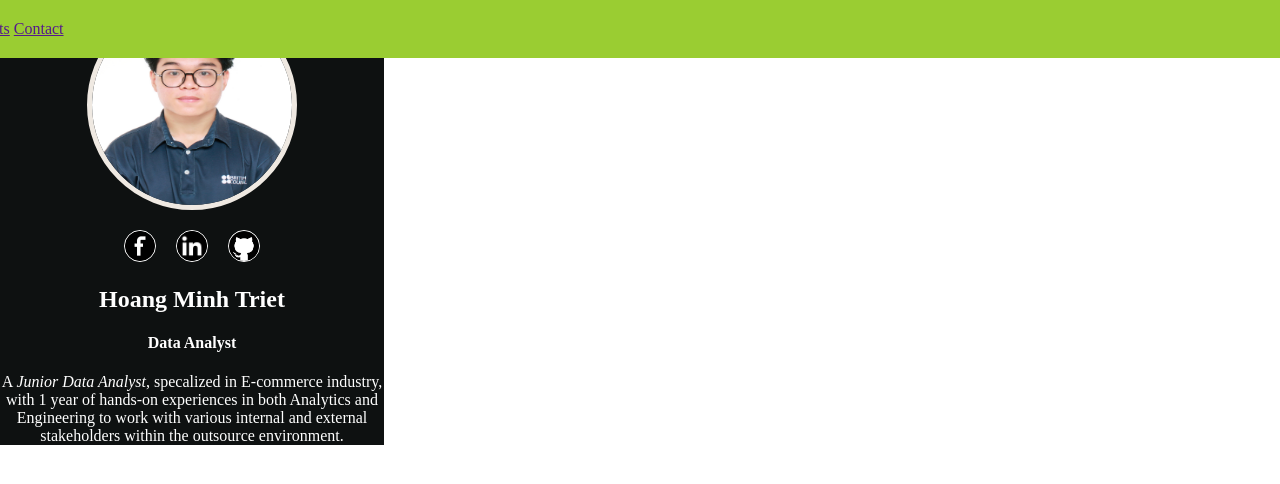
Repository: MinnTrit/personal_website
Page: http://localhost/
The author's editor kept a copy of each file at every save. The page is drawn from the files as they stood at one save, then again after the next save.
The browser window is 1280 px wide. The pictures show the whole page.
The page is served by the project's application, run on Flask 3 (app.py).

Above is the page before, as saved 2025-01-29 11:47:59.

After the next save:
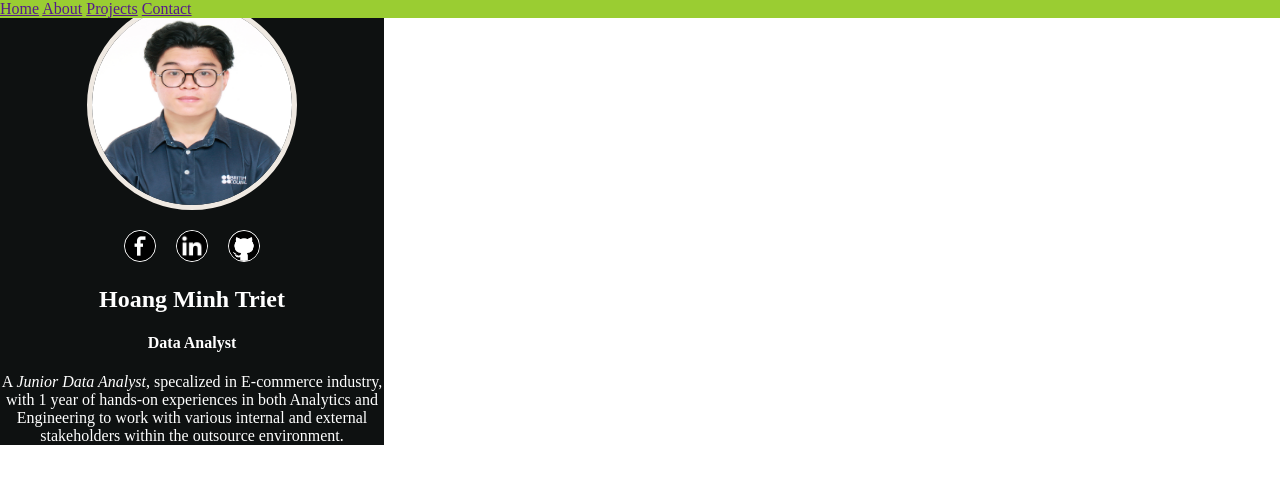
Saved 8 s later.
--- a/static/css/styles.css
+++ b/static/css/styles.css
@@ -3,7 +3,6 @@ header {
     top: 0;
     right: 0;
     width: 100%;
-    padding: 20px 10%;
     background: yellowgreen;
     display: flex;
     justify-content: space-between;
